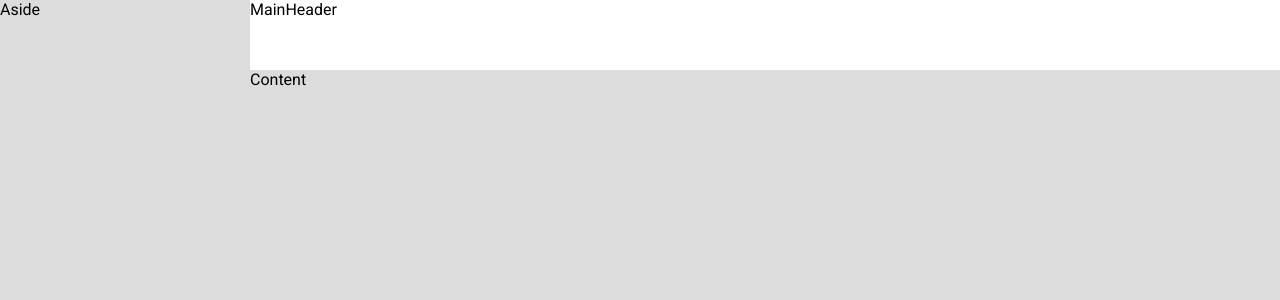
Repository: XFERRER7/dashboard
Page: /
The author's editor kept a copy of each file at every save. The page is drawn from the files as they stood at one save, then again after the next save.
The browser window is 1280 px wide. The pictures show the whole page.
The project was rebuilt for these pictures with package versions that can differ from the ones it lists, and the page was loaded fresh each time. Also part of the build but not shown: vite.config.ts.

Above is the page before, as saved 2022-07-06 15:33:41.

After the next save:
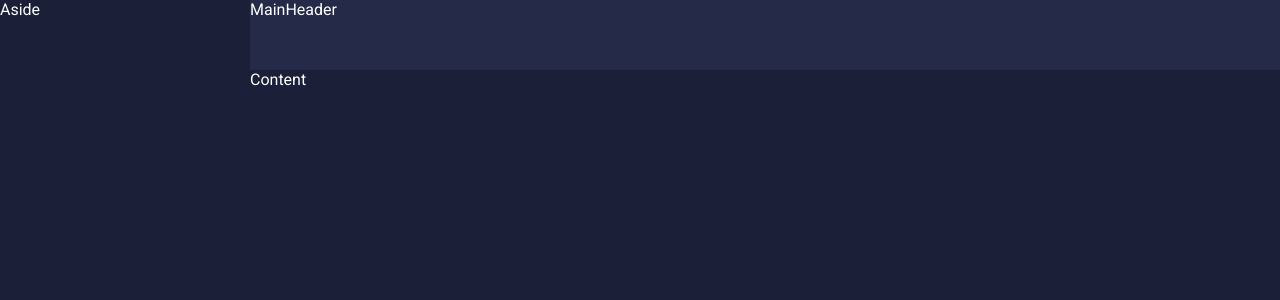
Saved 29 s later.
--- a/src/App.tsx
+++ b/src/App.tsx
@@ -7,7 +7,7 @@ import light from './styles/Themes/light'
 export const App = () => {
   return (
     <div>
-      <ThemeProvider theme={light}>
+      <ThemeProvider theme={dark}>
         <Global />
         <Layout />
       </ThemeProvider>
